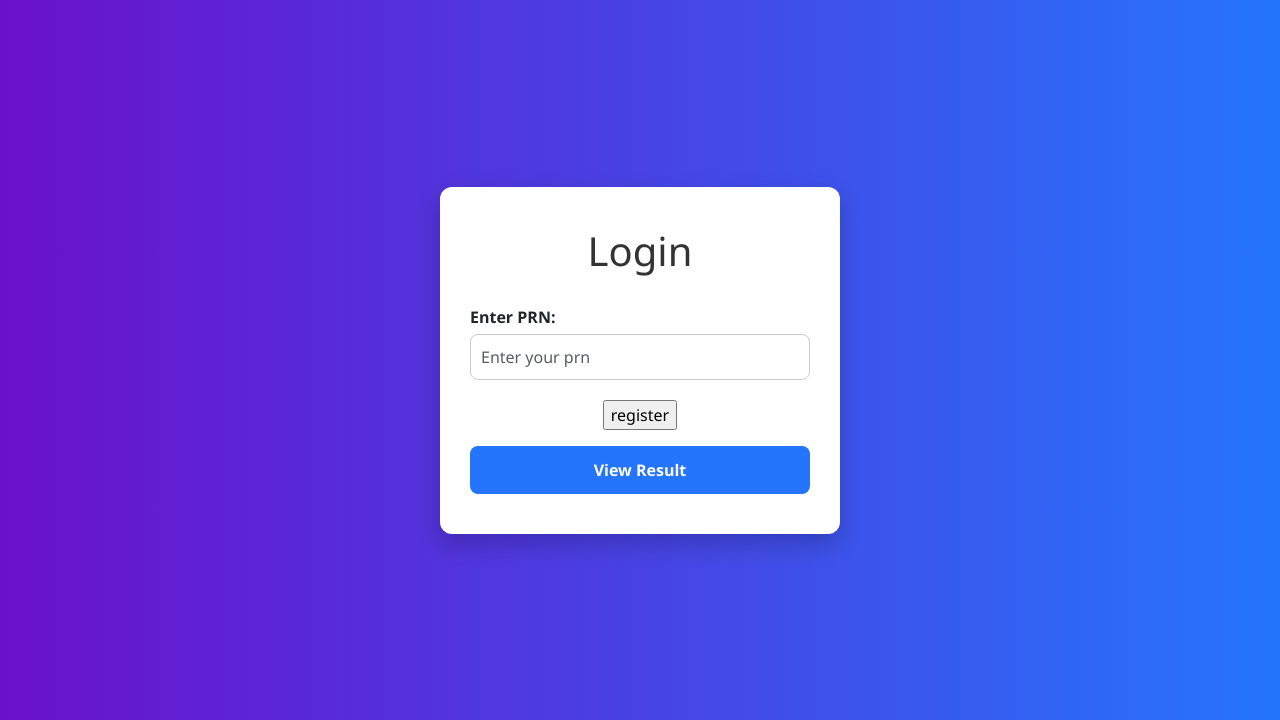
Repository: Mali-Sagar-A/Advance_Web_Java
Page: ResultApp/src/main/webapp/index.html
The author's editor kept a copy of each file at every save. The page is drawn from the files as they stood at one save, then again after the next save.
The browser window is 1280 px wide. The pictures show the whole page.

Above is the page before, as saved 2025-05-17 11:03:30.

### ResultApp/src/main/webapp/index.html
<!DOCTYPE html>
<html lang="en">
<head>
  <meta charset="UTF-8">
  <title>Login</title>

  <!-- Bootstrap (Optional) -->
  <link href="https://cdn.jsdelivr.net/npm/bootstrap@5.3.3/dist/css/bootstrap.min.css" rel="stylesheet">

  <style>
    body {
      background: linear-gradient(to right, #6a11cb, #2575fc);
      font-family: 'Segoe UI', Tahoma, Geneva, Verdana, sans-serif;
      height: 100vh;
      margin: 0;
      display: flex;
      justify-content: center;
      align-items: center;
    }

    .login-container {
      background-color: #fff;
      padding: 40px 30px;
      border-radius: 12px;
      box-shadow: 0 10px 25px rgba(0, 0, 0, 0.2);
      width: 100%;
      max-width: 400px;
      text-align: center;
    }

    .login-container h1 {
      margin-bottom: 30px;
      color: #333;
    }

    .form-label {
      font-weight: 600;
      text-align: left;
      display: block;
      margin-bottom: 5px;
    }

    .form-control {
      border-radius: 8px;
      padding: 10px;
      margin-bottom: 20px;
      border: 1px solid #ccc;
      transition: all 0.3s ease;
    }

    .form-control:focus {
      border-color: #2575fc;
      box-shadow: 0 0 5px rgba(37, 117, 252, 0.5);
    }

    .btn-login {
      background-color: #2575fc;
      color: white;
      border: none;
      padding: 12px;
      border-radius: 8px;
      font-weight: bold;
      width: 100%;
      transition: background-color 0.3s ease;
    }

    .btn-login:hover {
      background-color: #1a5ed9;
    }

    .error-message {
      color: red;
      font-size: 0.9em;
      margin-bottom: 15px;
      display: none;
    }
  </style>

  <script>
    function validateForm() {
     var ServletName = document.studForm.register.value;

     if(ServletName=="")
    	 {
			alert("Invalid");
			return false;
		 }
     else{
			alert("ServletName = "+ServletName);
			document.location.href="details.html";
			return false;
		}

    }
  </script>
</head>

<body>

  <div class="login-container">
    <h1>Login</h1>
    <div id="error" class="error-message"></div>
    <form action="resultServlet" method="post" name="studForm" onclick="return validateForm()">
      <label for="textPrn" class="form-label">Enter PRN:</label>
      <input type="text" name="textPrn" id="textPrn" class="form-control" placeholder="Enter your prn">

      <input type="button" name="register" value="register">
      <button type="submit" class="btn btn-login mt-3">View Result</button>
    </form>
  </div>

</body>
</html>

After the next save:
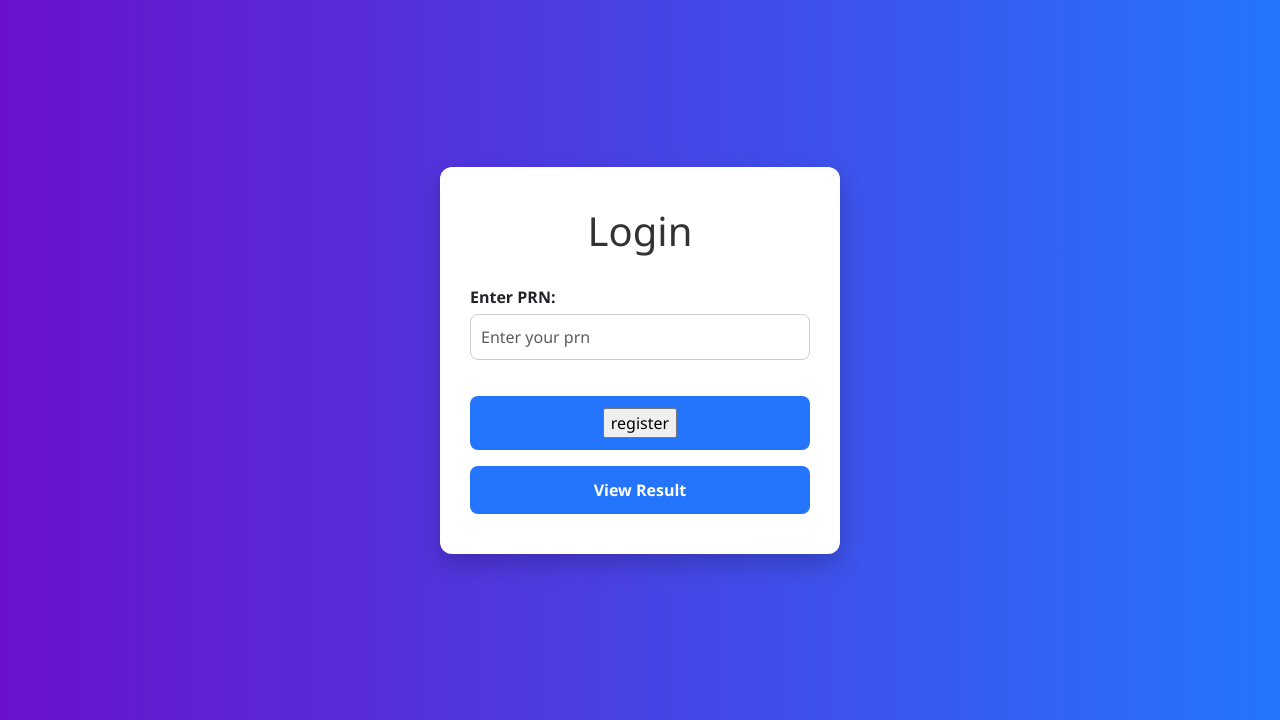
Saved 80 s later.
--- a/ResultApp/src/main/webapp/index.html
+++ b/ResultApp/src/main/webapp/index.html
@@ -104,7 +104,8 @@
       <label for="textPrn" class="form-label">Enter PRN:</label>
       <input type="text" name="textPrn" id="textPrn" class="form-control" placeholder="Enter your prn">
 
-      <input type="button" name="register" value="register">
+		<button type="submit" class="btn btn-login mt-3"><input type="button" name="register" value="register"></button>
+
       <button type="submit" class="btn btn-login mt-3">View Result</button>
     </form>
   </div>
